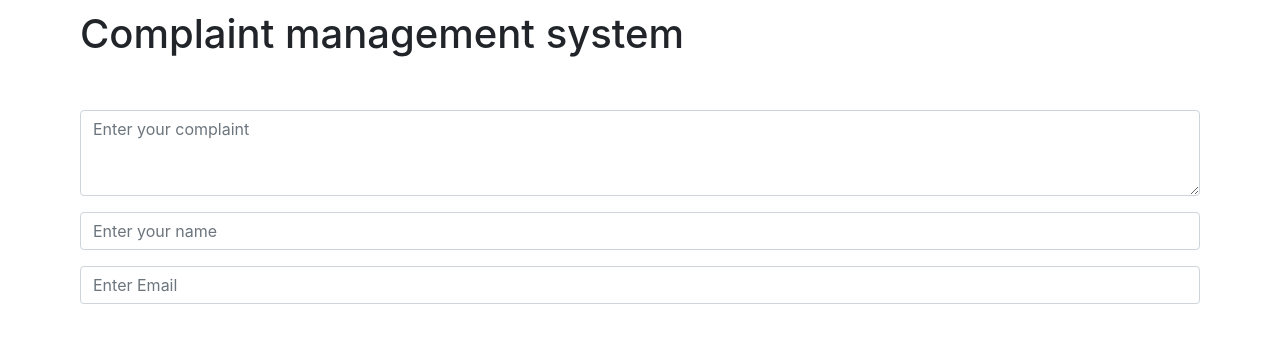
Repository: mkejeiri/Java-Entreprise
Page: http://localhost/complaintsystem/helloWorld
An editor plug-in stored every save of this project. The page is shown before and after the next save, followed by the edit.
The browser window is 1280 px wide. The pictures show the whole page.
The page is served by Tomcat 9. Other server files are loaded and not shown.

Above is the page before, as saved 2018-05-10 19:23:36.

### complaintsystem/complaintsystem/WebContent/WEB-INF/HelloWorld.jsp
<%@ page language="java" contentType="text/html; charset=UTF-8"
    pageEncoding="UTF-8"%>
<!DOCTYPE html PUBLIC "-//W3C//DTD HTML 4.01 Transitional//EN" "http://www.w3.org/TR/html4/loose.dtd">
<html>
<head>
<meta http-equiv="Content-Type" content="text/html; charset=UTF-8">
<link rel="stylesheet" href="https://stackpath.bootstrapcdn.com/bootstrap/4.1.1/css/bootstrap.min.css" integrity="sha384-WskhaSGFgHYWDcbwN70/dfYBj47jz9qbsMId/iRN3ewGhXQFZCSftd1LZCfmhktB" crossorigin="anonymous">
<style>
	.spacing {
		padding:10px;
	}
</style>
<title>Insert title here</title>
</head>
<body>
	<div class="container spacing">
		<h1>Complaint management system</h1>
	</div><br/>
	<div class="container spacing">
		<form action="/complaintsystem/submitComplaint" method="post">
			<div class="form-group">
			    <textarea class="form-control" id="exampleFormControlTextarea1" rows="3" placeholder="Enter your complaint"></textarea>
			</div>
			<div class="form-group">
			    <input type="text" class="form-control" name="name" placeholder="Enter your name">
			</div>
			<div class="form-group">
			    <input type="email" class="form-control" name="email" placeholder="Enter Email">
			</div>
		</form>
	</div>
	<script src="https://code.jquery.com/jquery-3.3.1.slim.min.js" integrity="sha384-q8i/X+965DzO0rT7abK41JStQIAqVgRVzpbzo5smXKp4YfRvH+8abtTE1Pi6jizo" crossorigin="anonymous"></script>
    <script src="https://cdnjs.cloudflare.com/ajax/libs/popper.js/1.14.3/umd/popper.min.js" integrity="sha384-ZMP7rVo3mIykV+2+9J3UJ46jBk0WLaUAdn689aCwoqbBJiSnjAK/l8WvCWPIPm49" crossorigin="anonymous"></script>
    <script src="https://stackpath.bootstrapcdn.com/bootstrap/4.1.1/js/bootstrap.min.js" integrity="sha384-smHYKdLADwkXOn1EmN1qk/HfnUcbVRZyYmZ4qpPea6sjB/pTJ0euyQp0Mk8ck+5T" crossorigin="anonymous"></script>
</body>
</html>

After the next save:
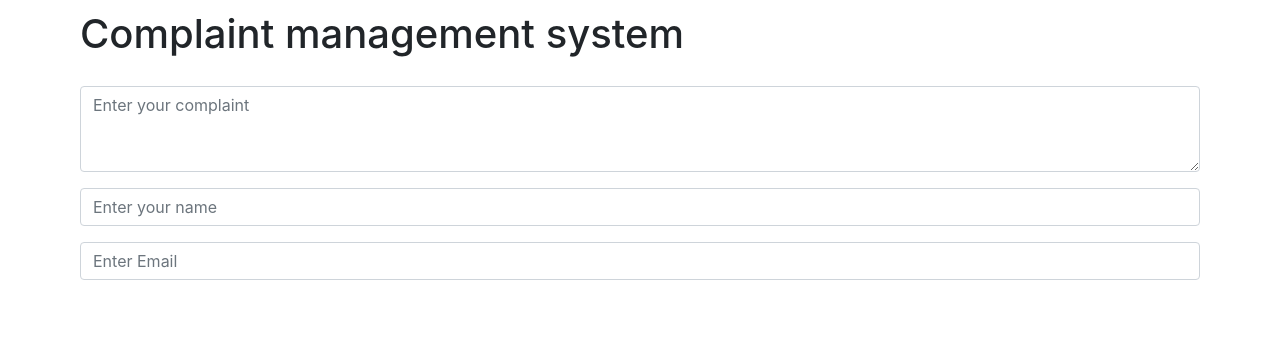
Saved 10 s later.
--- a/complaintsystem/complaintsystem/WebContent/WEB-INF/HelloWorld.jsp
+++ b/complaintsystem/complaintsystem/WebContent/WEB-INF/HelloWorld.jsp
@@ -15,7 +15,7 @@
 <body>
 	<div class="container spacing">
 		<h1>Complaint management system</h1>
-	</div><br/>
+	</div>
 	<div class="container spacing">
 		<form action="/complaintsystem/submitComplaint" method="post">
 			<div class="form-group">
